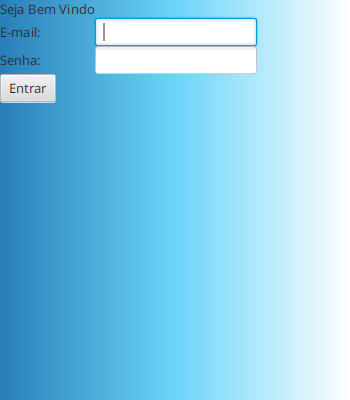
Repository: vitmac1/eclipse-workspace-project
Program's window: java exercicios-javafx/src/fxml/AppFXML.java
These files come from the project's save history. The program's window is drawn as it stood at one moment and after the next save; the edit follows.
It runs on Java 21 on a 1366 x 768 screen with JavaFX 11; the title bar is not drawn.

Above is the program's window before, as saved 2022-10-21 19:35:38.

After the next save:
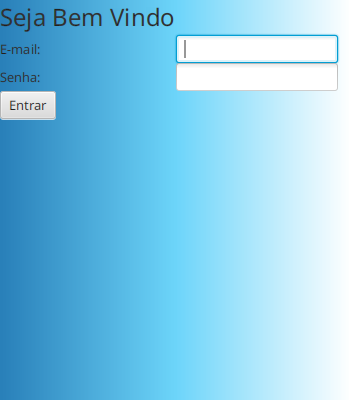
Saved 39 s later.
--- a/exercicios-javafx/src/fxml/Login.fxml
+++ b/exercicios-javafx/src/fxml/Login.fxml
@@ -8,6 +8,7 @@
 	styleClass="login">
 
 	<Label text="Seja Bem Vindo"
+		styleClass="login-titulo"
 		GridPane.columnIndex="0" GridPane.rowIndex="0"></Label>
 
 	<Label text="E-mail: "
